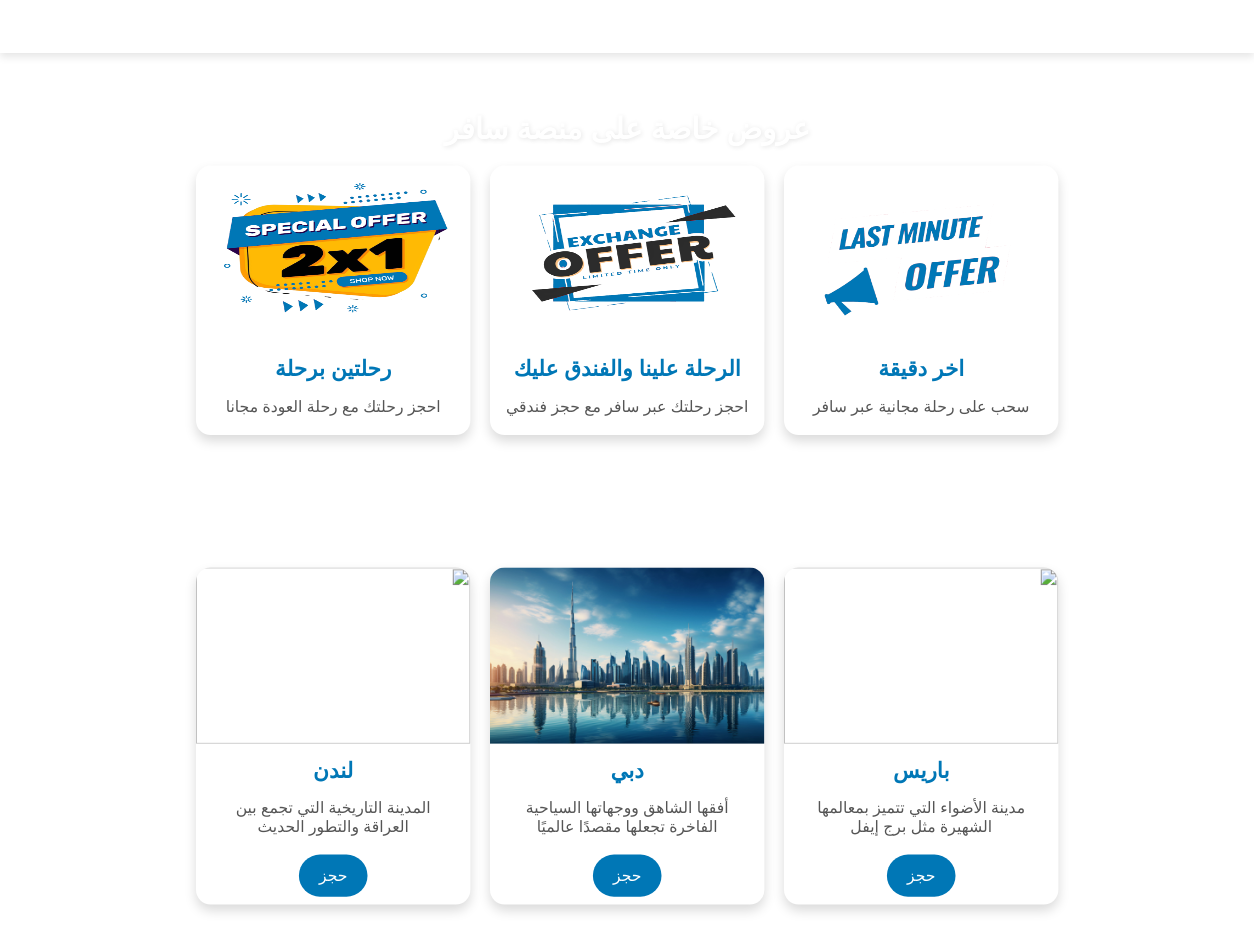
Repository: Yassin-Boushi/Safer
Page: http://localhost/main
These files come from the project's save history. The page is drawn as it stood at one moment and after the next save; the edit follows.
The browser window is 1280 px wide. The pictures show the whole page, at 98% of full size.
The page is served by the project's Laravel application, run on PHP 8.4 with Laravel 9.

Above is the page before, as saved 2025-01-30 16:32:51.

After the next save:
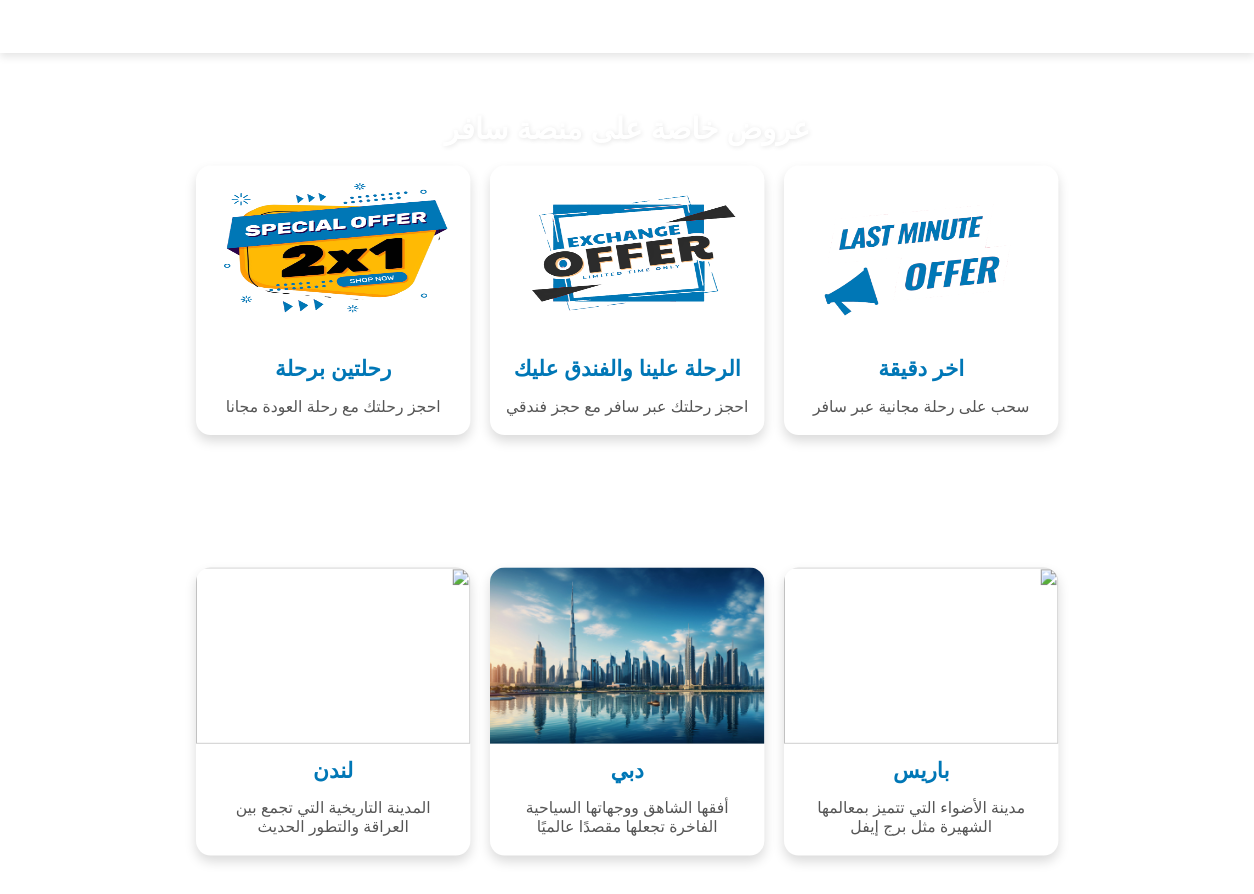
Saved 3 min 15 s later.
--- a/resources/views/main.blade.php
+++ b/resources/views/main.blade.php
@@ -33,31 +33,38 @@
                     <img src="image/paris.webp" alt="مدينة 1">
                     <h3>باريس</h3>
                     <p>مدينة الأضواء التي تتميز بمعالمها الشهيرة مثل برج إيفل</p>
+                    @if (auth()->user() != null)
                     <div class="actions-button">
                                 <a href="ticket/edit/3"
                                 class="button  ">
                                 حجز</a>
                     </div>
+
+                    @endif
                 </div>
                 <div class="city-card" onclick="showCityDetails('dubai')">
                     <img src="image/dubai.jpg" alt="مدينة 2">
                     <h3>دبي</h3>
                     <p>أفقها الشاهق ووجهاتها السياحية الفاخرة تجعلها مقصدًا عالميًا</p>
+                    @if (auth()->user() != null)
                     <div class="actions-button">
                                 <a href="ticket/edit/2"
                                 class="button  ">
                                 حجز</a>
                     </div>
+                    @endif
                 </div>
                 <div class="city-card" onclick="showCityDetails('london')">
                     <img src="image/london.jpg" alt="مدينة 3">
                     <h3>لندن</h3>
                     <p>المدينة التاريخية التي تجمع بين العراقة والتطور الحديث</p>
+                    @if (auth()->user() != null)
                     <div class="actions-button">
                                 <a href="ticket/edit/1"
                                 class="button  ">
                                 حجز</a>
                     </div>
+                    @endif
                 </div>
             </div>
         </section>
